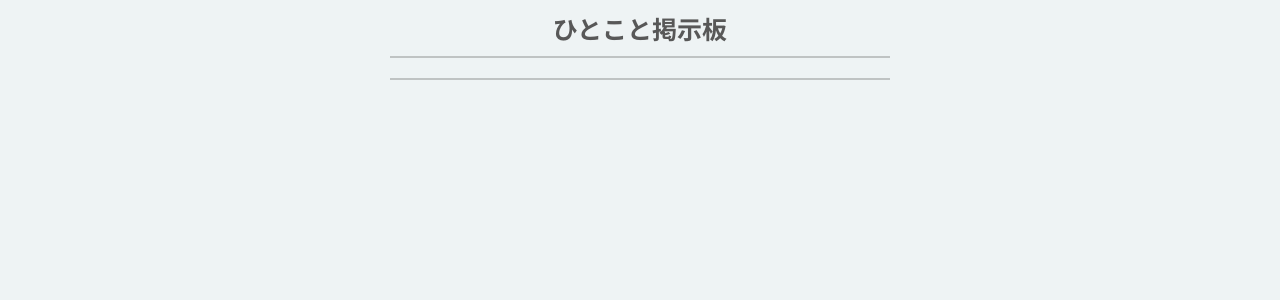
Repository: F-ksk/bulletin-board
Page: http://localhost/
These files come from the project's save history. The page is drawn as it stood at one moment and after the next save; the edit follows.
The browser window is 1280 px wide. The pictures show the whole page.
The page is run by PHP 8.4 with error messages shown; the project is at /var/www/html/.

Above is the page before, as saved 2023-07-02 10:52:50.

After the next save:
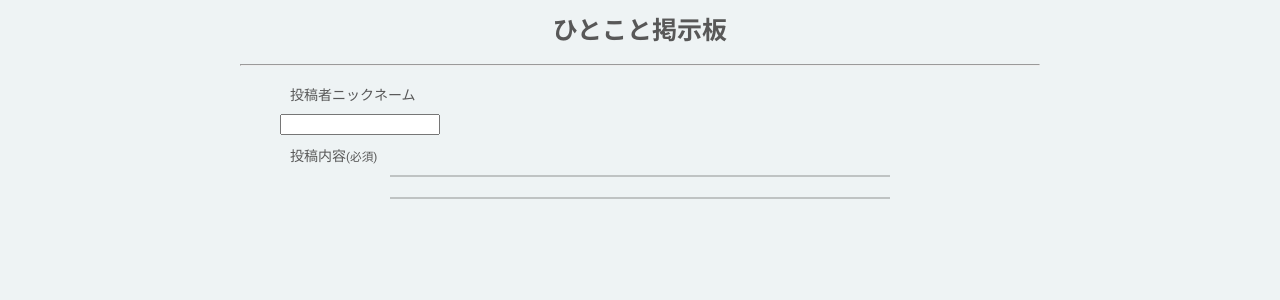
Saved 9 days later.
--- a/public/index.php
+++ b/public/index.php
@@ -13,9 +13,17 @@
 <body>
   <div class="page-cover">
     <p class="page-title">ひとこと掲示板</p>
-      <div class="form-cover">
+    <hr class="page-driver" />
+    <div class="form-cover">
         <!-- 投稿内容入力フォーム -->
-      </div>
+      <form action="/" method="post">
+        <div class="form-input-title">投稿者ニックネーム</div>
+        <input type="text" name="author-name" maxlength="40" value="" class="input-autor-name" />
+        <div class="form-input-error"></div>
+        <div class="form-input-title">投稿内容<small>(必須)</small></div>
+
+      </form>
+    </div>
     <hr class="page-divider" />
       <div class="message-list-cover">
         <!-- この中に投稿された内容のリストを表示 -->
